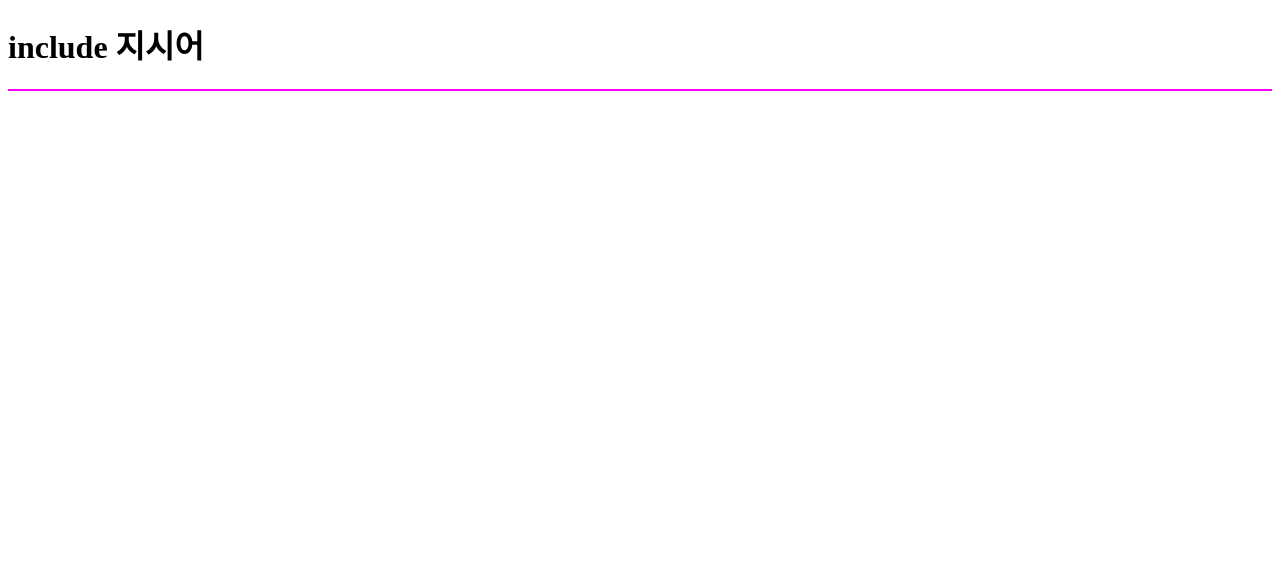
Repository: smjae96/Backup
Page: http://localhost/2_JSP/views/03_directiveInclude.jsp
An editor plug-in stored every save of this project. The page is shown before and after a run of saves, followed by the edit.
The browser window is 1280 px wide. The pictures show the whole page.
The page is served by Tomcat 9.

Above is the page before, as saved 2024-03-08 01:05:42.

After the next 2 saves:
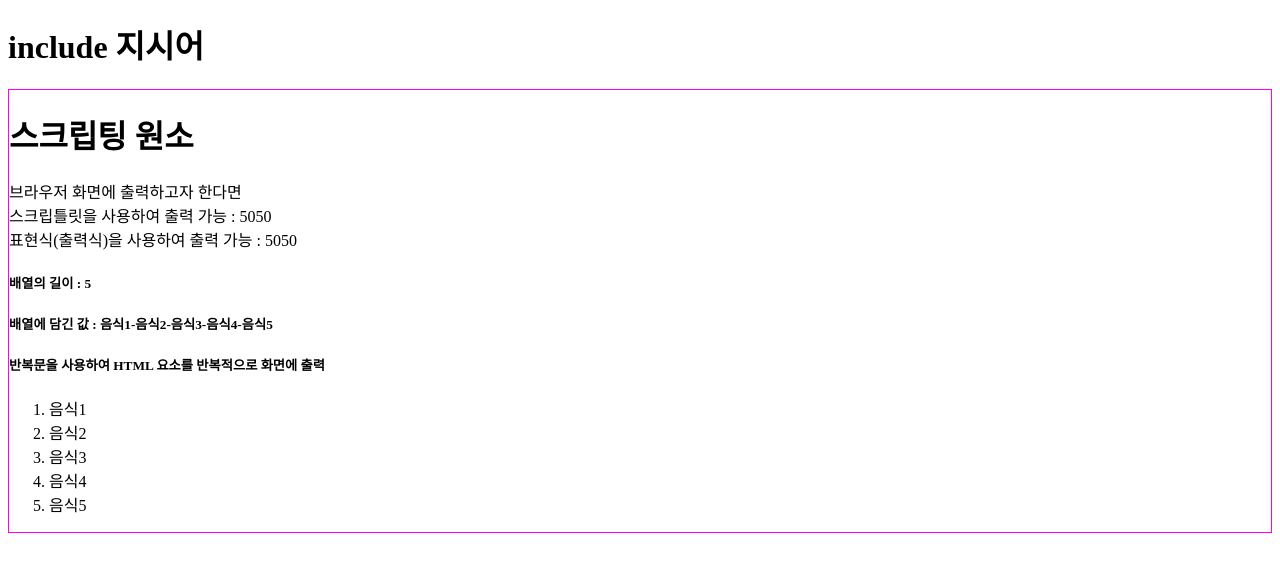
The 2 saves are shown as one change because 1 did not build or start.
The last was saved 79 s later.
--- a/5_Servlet/2_JSP/src/main/webapp/views/03_directiveInclude.jsp
+++ b/5_Servlet/2_JSP/src/main/webapp/views/03_directiveInclude.jsp
@@ -9,6 +9,8 @@
 <body>
 	<h1>include 지시어</h1>
 
-	<div style="border: 1px solid magenta"></div>
+	<div style="border: 1px solid magenta">
+		<%@ include file="01_ScriptingElement.jsp" %>
+	</div>
 </body>
 </html>
